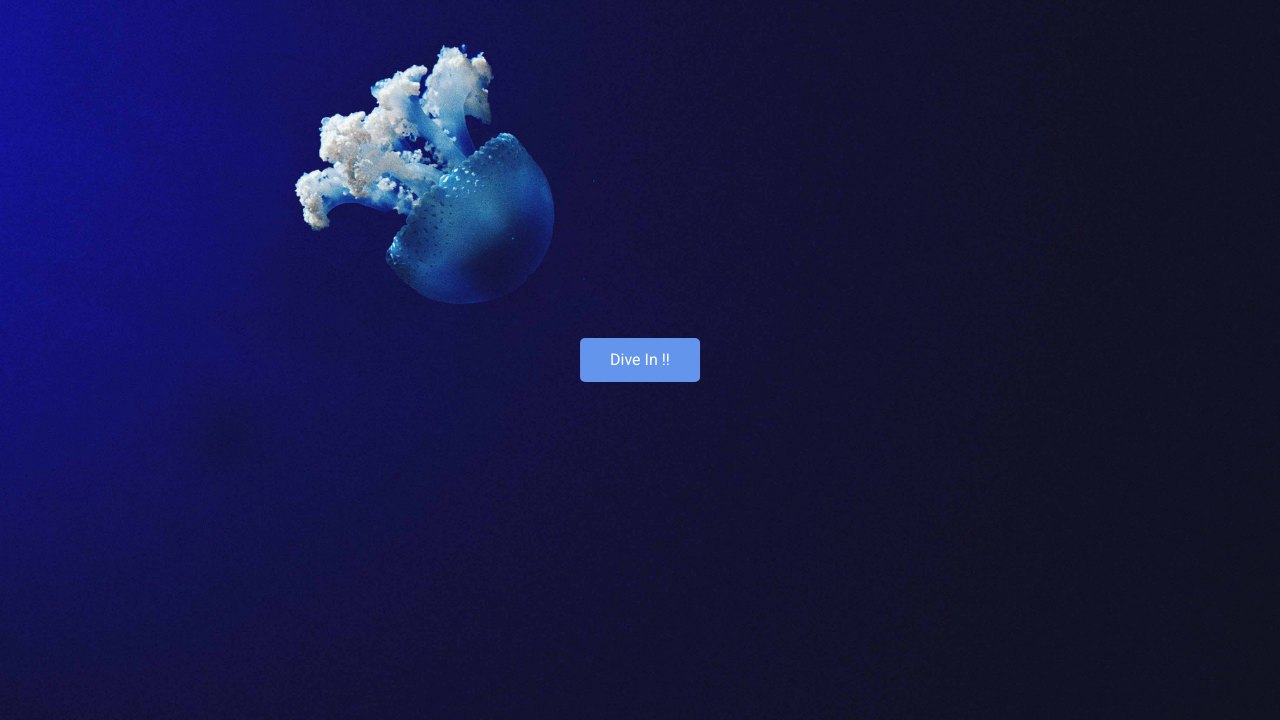
Repository: Code-Institute-Submissions/cathyann-diving.github.io
Page: index.html
The author's editor kept a record of every edit. The page is drawn from the files as they stood at one moment, then again after the next edit.
The browser window is 1280 px wide. The pictures show the whole page.

Above is the page before.

### index.html
<!DOCTYPE html>
<html lang="en">

<head>
    <meta charset="UTF-8">
    <meta name="viewport" content="width=device-width, initial-scale=1.0">
    <meta http-equiv="X-UA-Compatible" content="ie=edge">
    <link rel="stylesheet" href="https://stackpath.bootstrapcdn.com/bootstrap/4.3.1/css/bootstrap.min.css" type="text/css">
    <link rel="stylesheet" href="https://stackpath.bootstrapcdn.com/font-awesome/4.7.0/css/font-awesome.min.css" type="text/css">
    <link rel="stylesheet" href="https://cdnjs.cloudflare.com/ajax/libs/hover.css/2.3.1/css/hover-min.css" type="text/css">
    <link rel="stylesheet" href="assets/css/style.css" type="text/css">
    <title>Diving</title>
</head>

<body>
    <div class="container">
  <button class="btn" style="vertical-align:middle"><span>Dive In !! </span></button>
</div>

</body>

</html>

### assets/css/style.css
@import url('https://fonts.googleapis.com/css?family=Roboto:100,200,300,400,500,600,700|Exo:100,200,300,400,500,600,700');

/*--------------------------------------------Index.html */


.container {
    position: fixed;
    background-image: url("../images/jellyfish.jpg");
    min-width: 100%;
    display: inline-block;
    background-position: center;
    background-repeat: no-repeat;
    background-size: cover;
    height: 100%;
    width: 100%
    transition: all .5s ease-in-out;
    -moz-transition: all .5s ease-in-out;
    -webkit-transition: all .5s ease-in-out;
}

.container .btn {
    position: absolute;
    top: 50%;
    left: 50%;
    transform: translate(-50%, -50%);
    -ms-transform: translate(-50%, -50%);
    background-color: #6495ed;
    color: #fff;
    font-size: 16px;
    font-family: "Roboto", sans-serif;
    font-weight: 400;
    padding: 10px 30px;
    border: none;
    border-radius: 5px;
    text-align: center;
}

.btn span {
    display: inline-block;
    position: relative;
    transition: 0.5s;
}

.btn span:after {
    content: '\00bb';
    position: absolute;
    opacity: 0;
    top: 0;
    right: -20px;
    transition: 0.5s;
}

.btn:hover span {
    padding-right: 25px;
}

.btn:hover span:after {
    opacity: 1;
    right: 0;
}

After the next edit:
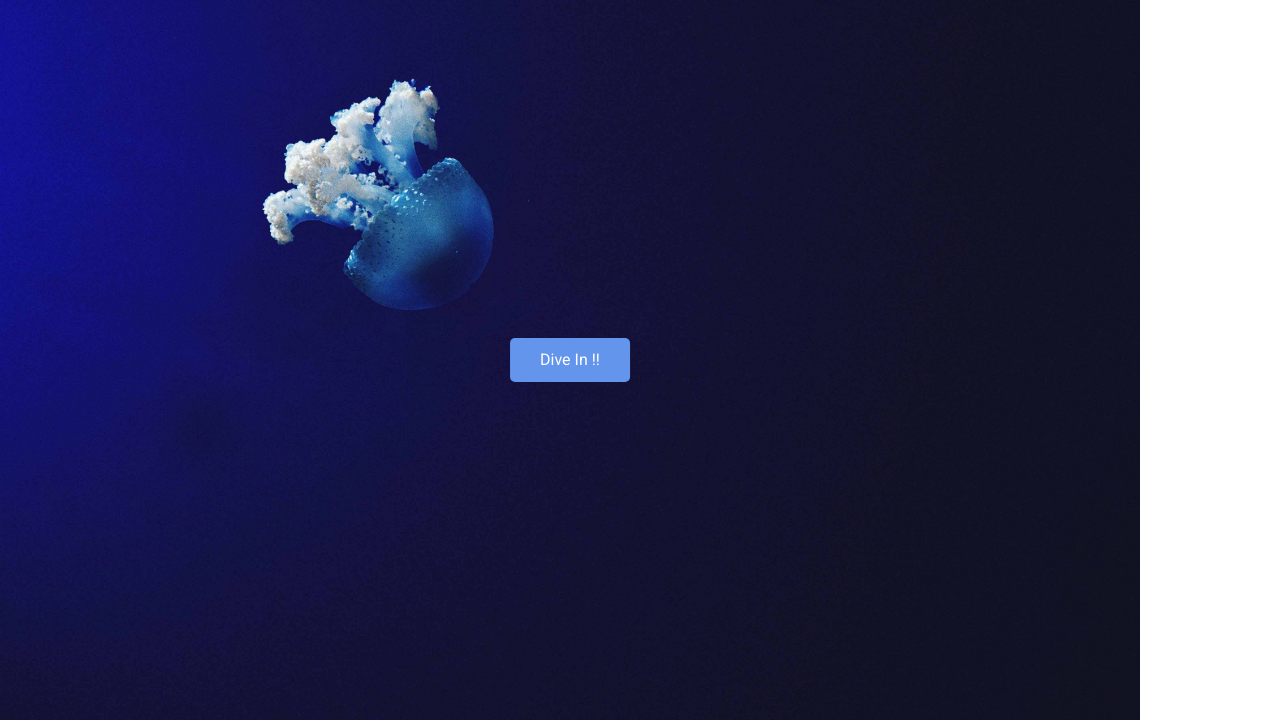
The edit:
--- a/assets/css/style.css
+++ b/assets/css/style.css
@@ -6,7 +6,6 @@
 .container {
     position: fixed;
     background-image: url("../images/jellyfish.jpg");
-    min-width: 100%;
     display: inline-block;
     background-position: center;
     background-repeat: no-repeat;

After the edit that followed:
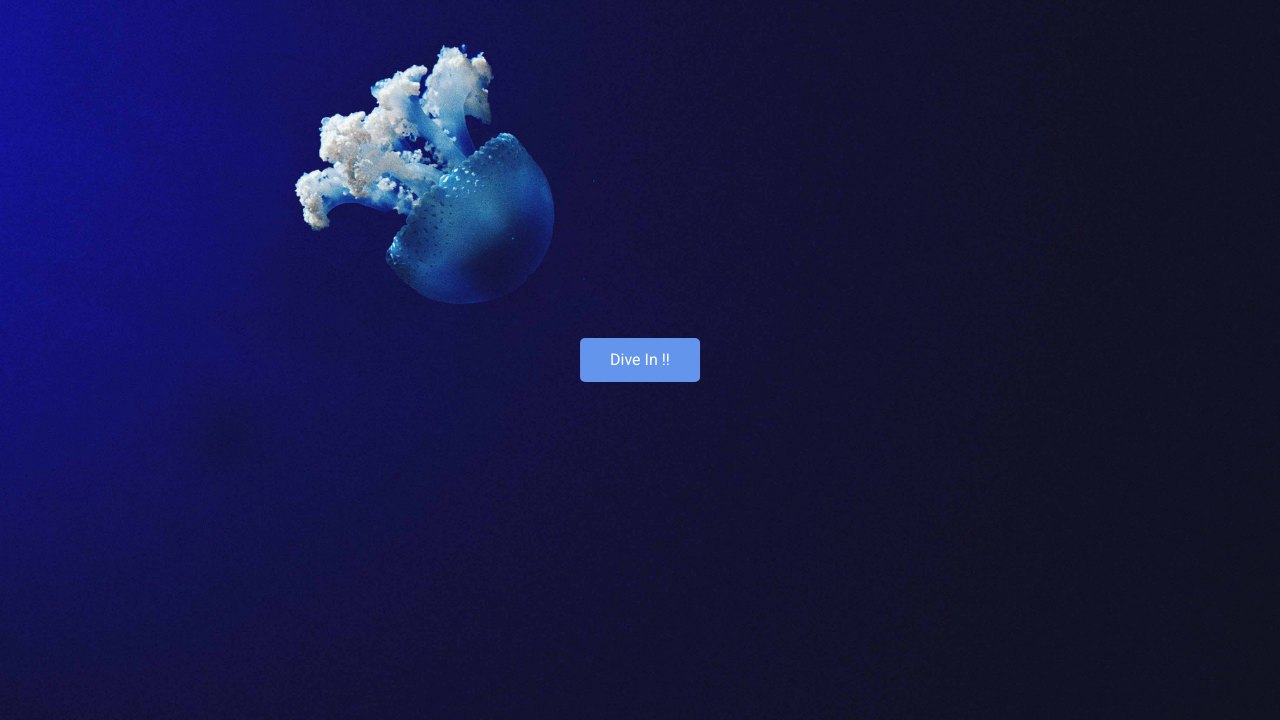
The edit:
--- a/assets/css/style.css
+++ b/assets/css/style.css
@@ -11,7 +11,9 @@
     background-repeat: no-repeat;
     background-size: cover;
     height: 100%;
-    width: 100%
+    width: 100%;
+    min-height: 100%;
+    min-width: 100%;
     transition: all .5s ease-in-out;
     -moz-transition: all .5s ease-in-out;
     -webkit-transition: all .5s ease-in-out;
